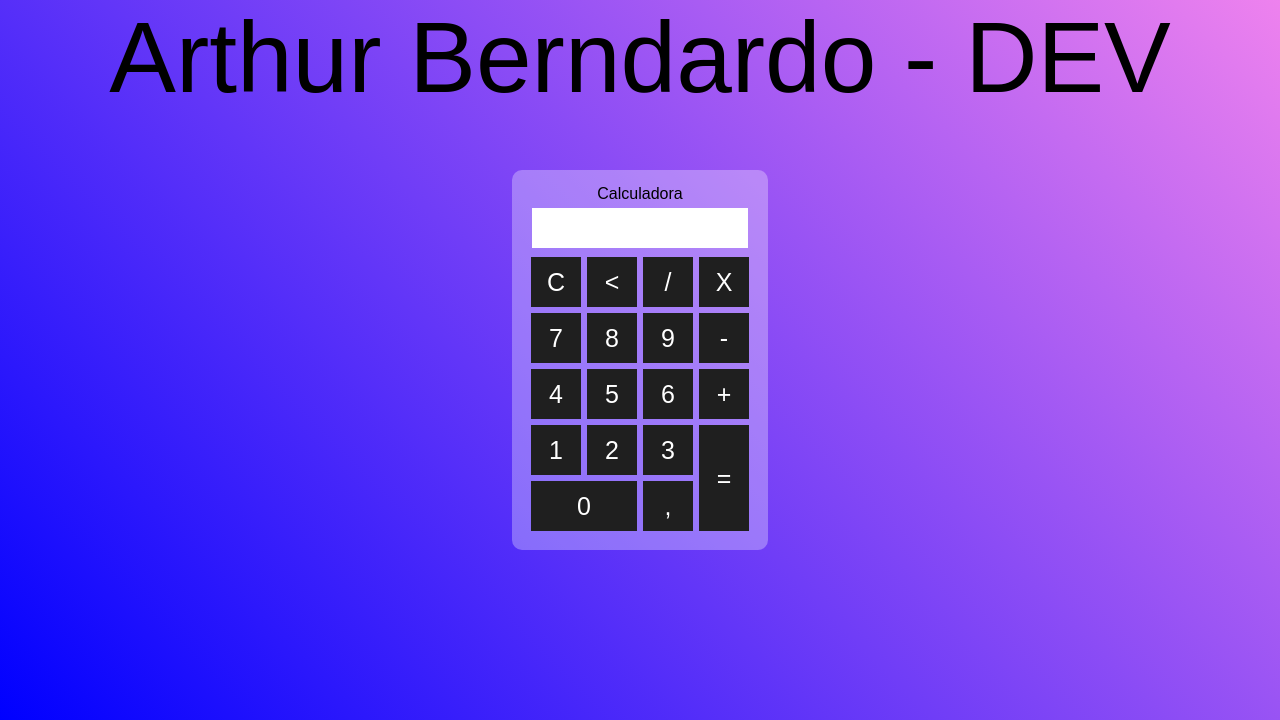
Repository: oThurDev/calculadora
Page: calculadora.html
An editor plug-in stored every save of this project. The page is shown before and after the next save, followed by the edit.
The browser window is 1280 px wide. The pictures show the whole page.

Above is the page before, as saved 2022-02-25 16:34:14.

### calculadora.html
<!DOCTYPE html>
<html lang="en">
<head>
    <meta charset="UTF-8">
    <meta name="viewport" content="width=device-width, initial-scale=1.0">
    <link rel="stylesheet" href="style_calculadora.css">
    <script src="./functions.js"></script>
    <title>Calculadora</title>
</head>
<body>
    <div class="fundo">
        <span class="title">Arthur Berndardo - DEV</span>
        <div class="calculadora">
            <span>Calculadora</span>
            <p id="resultado"></p>
            <table>
                <tr>
                    <td><button class="botao" onclick="clean()">C</button></td>
                    <td><button class="botao" onclick="back()"><</button></td>
                    <td><button class="botao" onclick="insert('/')">/</button></td>
                    <td><button class="botao" onclick="insert('*')">X</button></td>
                </tr>
                <tr>
                    <td><button class="botao" onclick="insert('7')">7</button></td>
                    <td><button class="botao" onclick="insert('8')">8</button></td>
                    <td><button class="botao" onclick="insert('9')">9</button></td>
                    <td><button class="botao" onclick="insert('-')">-</button></td>
                </tr>
                <tr>
                    <td><button class="botao" onclick="insert('4')">4</button></td>
                    <td><button class="botao" onclick="insert('5')">5</button></td>
                    <td><button class="botao" onclick="insert('6')">6</button></td>
                    <td><button class="botao" onclick="insert('+')">+</button></td>
                </tr>
                <tr>
                    <td><button class="botao" onclick="insert('1')">1</button></td>
                    <td><button class="botao" onclick="insert('2')">2</button></td>
                    <td><button class="botao" onclick="insert('3')">3</button></td>
                    <td rowspan="2"><button class="botao" style="height: 106px;" onclick="calcular()">=</button></td>
                </tr>
                <tr>
                    <td colspan="2"><button class="botao" style="width: 106px;" onclick="insert('0')">0</button></td>
                    <td><button class="botao" onclick="insert(',')">,</button></td>
                </tr>
            </table>
        </div>
    </div>
</body>
</html>

### style_calculadora.css
*{
    margin: 0;
    padding: 0;
}

.fundo{
    background-image: linear-gradient(45deg, blue, violet);
    height: 100vh;
    color: black;
    font-family: Arial, Helvetica, sans-serif;
    text-align: center;
}

.title{
    font-size: 100px;
}

.calculadora{
    position: absolute;
    background-color: rgba(255, 255, 255, 0.3);
    top: 50%;
    left: 50%;
    transform: translate(-50%, -50%);
    border-radius: 10px;
    padding: 15px;
}

.botao{
    width: 50px;
    height: 50px;
    font-size: 25px;
    cursor: pointer;
    background-color: rgb(31, 31, 31);
    border: none;
    color: white;
    margin: 2px;
}

.botao:hover{
    background-color: black;
}

#resultado{
    background-color: white;
    height: 30px;
    margin: 5px;
    font-size: 20px;
    text-align: right;
    padding: 5px;
}

### functions.js
function insert(num)
{
    var numero = document.getElementById('resultado').innerHTML;
    document.getElementById('resultado').innerHTML = numero + num;
}

function clean()
{
    document.getElementById('resultado').innerHTML = "";
}

function back()
{
    var resultado = document.getElementById('resultado').innerHTML;
    document.getElementById('resultado').innerHTML = resultado.substring(0, resultado.length -1)
}

function calcular()
{
    var resultado = document.getElementById('resultado').innerHTML;
    if(resultado)
    {
        document.getElementById('resultado').innerHTML = eval(resultado)
    }
    else
    {
        document.getElementById('resultado').innerHTML = 'nada para calcular'
    }
}

After the next save:
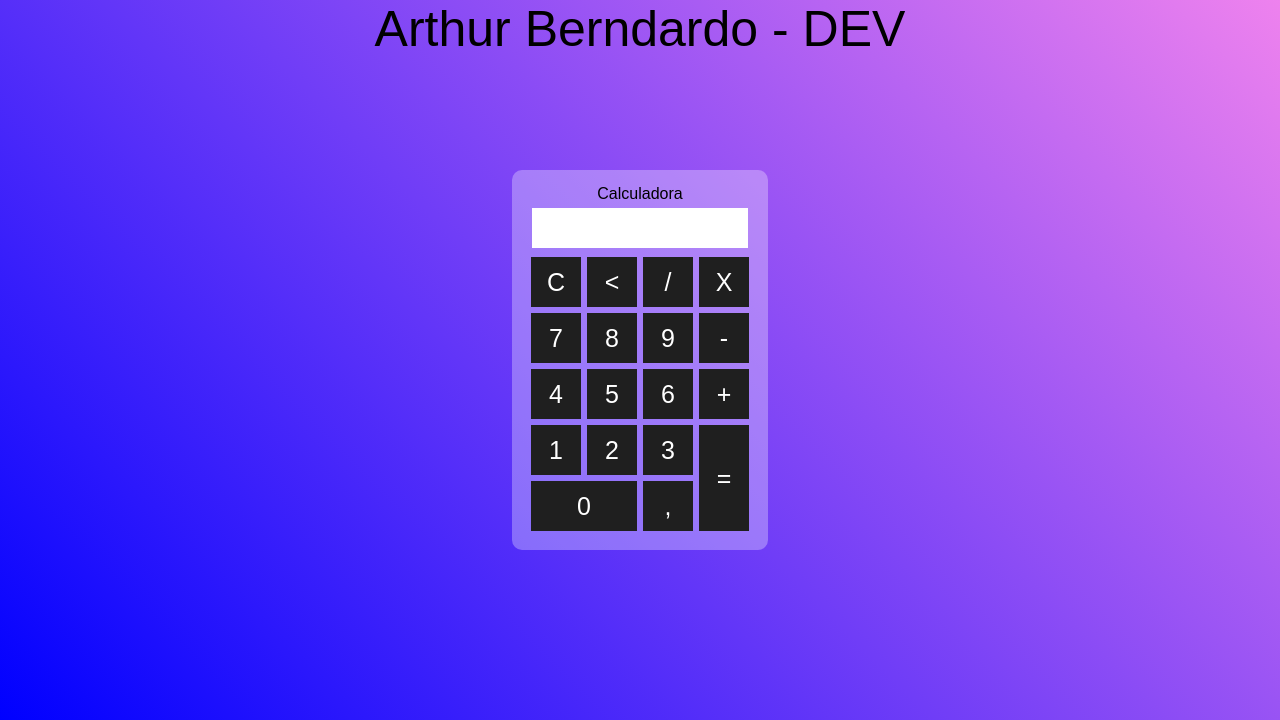
Saved 10 s later.
--- a/style_calculadora.css
+++ b/style_calculadora.css
@@ -12,7 +12,7 @@
 }
 
 .title{
-    font-size: 100px;
+    font-size: 50px;
 }
 
 .calculadora{
